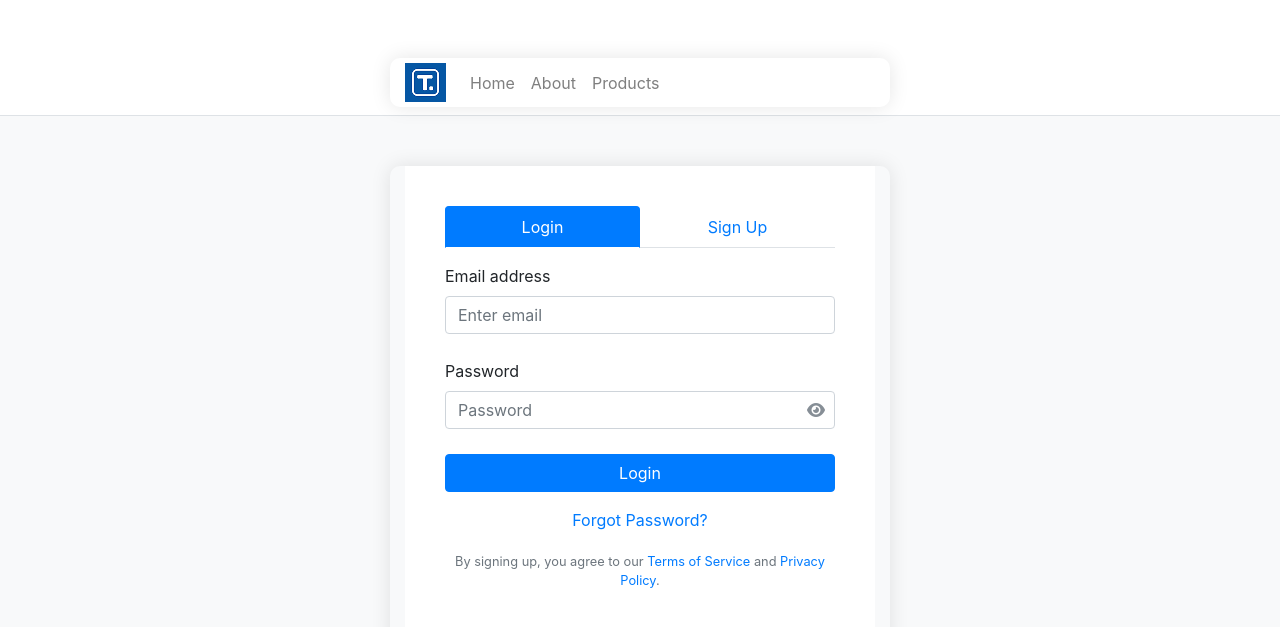
Repository: Darkrepo23/Ecommerce-Manalastas-project
Page: login.html
An editor plug-in stored every save of this project. The page is shown before and after the next save, followed by the edit.
The browser window is 1280 px wide. The pictures show the whole page.
Some web libraries are served in a nearby version.

Above is the page before, as saved 2026-01-06 06:51:35.

After the next save:
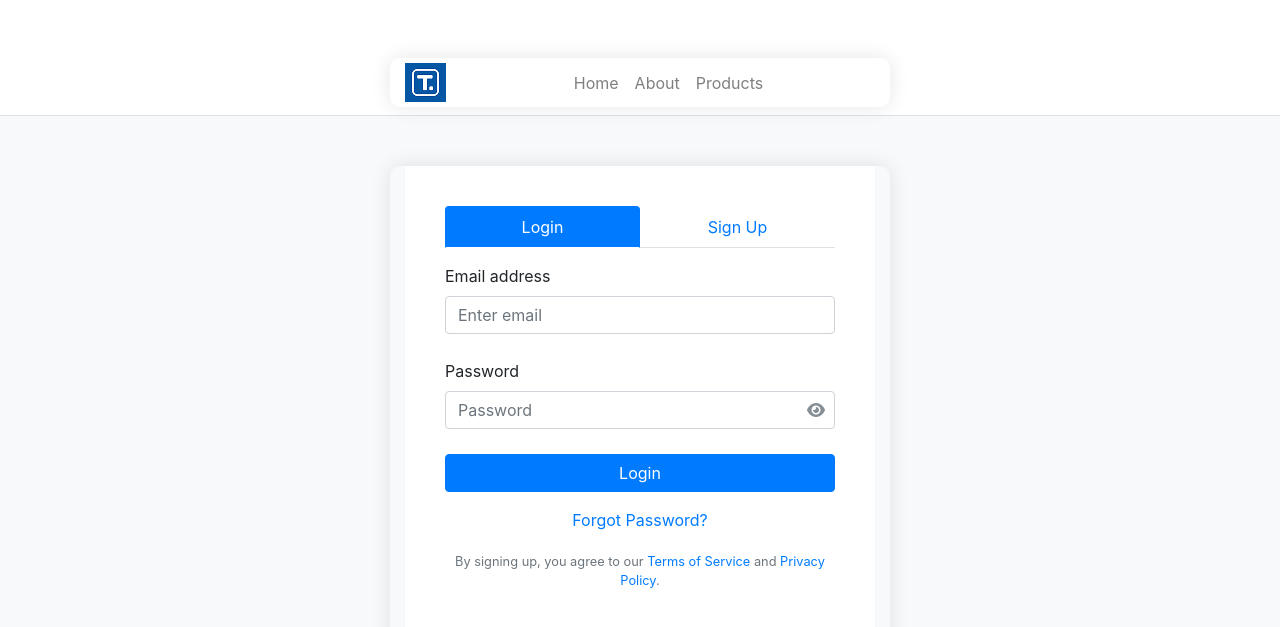
Not found: style.css
Saved 20 s later.
--- a/login.html
+++ b/login.html
@@ -5,6 +5,7 @@
     <meta charset="UTF-8">
     <meta name="viewport" content="width=device-width, initial-scale=1.0">
     <title>Login/Signup Page</title>
+    <link rel="stylesheet" href="style.css">
     <link rel="stylesheet" href="https://stackpath.bootstrapcdn.com/bootstrap/4.5.2/css/bootstrap.min.css">
     <link rel="stylesheet" href="https://cdnjs.cloudflare.com/ajax/libs/font-awesome/6.0.0/css/all.min.css"
         integrity="sha512-9usAa10IRO0HhonpyAIVpjrylPvoDwiPUiKdWk5t3PyolY1cOd4DSE0Ga+ri4AuTroPR5aQvXU9xC6qOPnzFeg=="
@@ -127,7 +128,7 @@
                 aria-controls="nav" aria-expanded="false" aria-label="Toggle navigation">
                 <span class="navbar-toggler-icon"></span>
             </button>
-            <div class="collapse navbar-collapse jus" id="nav">
+            <div class="collapse navbar-collapse justify-content-center" id="nav">
                 <ul class="navbar-nav ms-auto">
                     <li class="nav-item"><a class="nav-link" href="index.html">Home</a></li>
                     <li class="nav-item"><a class="nav-link" href="#">About</a></li>
